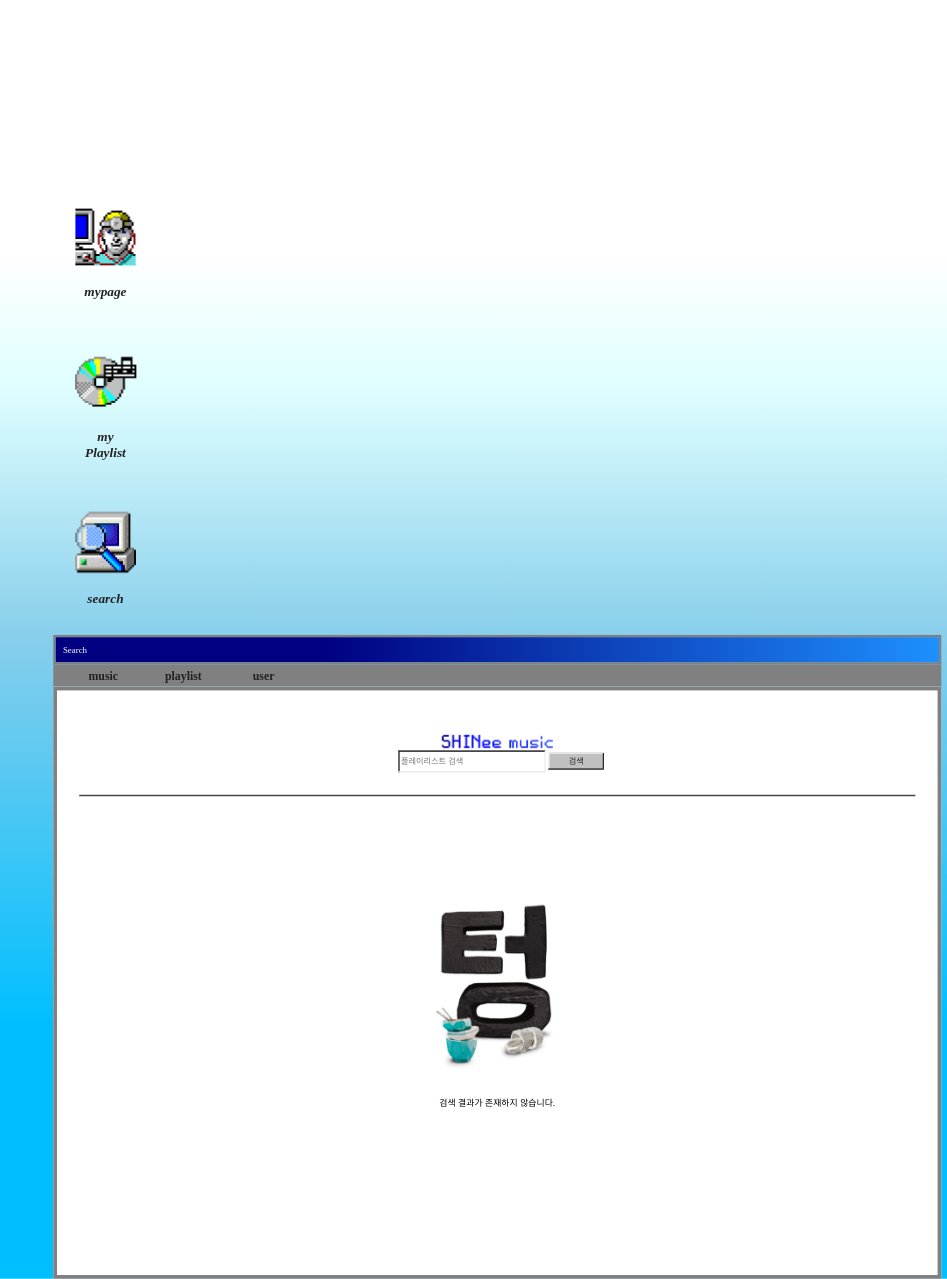
Repository: im2ho/SHINee_say
Page: http://localhost/MAIN/playlist_search.jsp
An editor plug-in stored every save of this project. The page is shown before and after the next save, followed by the edit.
The browser window is 1280 px wide. The pictures show the whole page, at 74% of full size.
Some web fonts or font styles are not loaded; a fallback is used. The page is served by Tomcat 9. Nobody is signed in. The application's start-up code is not run. Other server files are loaded and not shown.

Above is the page before, as saved 2023-11-19 14:17:36.

### BACK/MAIN/src/main/webapp/playlist_search.jsp
<%@ page language="java" contentType="text/html; charset=UTF-8" pageEncoding="UTF-8"%>

<%
    request.setCharacterEncoding("UTF-8");
%>

<%@ page import = "java.util.ArrayList" %>
<%@ page import = "shinee.dao.SearchDAO" %>
<%@ page import = "shinee.vo.Music_info_VO" %>
<%@ page import = "shinee.vo.Playlist_info_VO" %>
<!DOCTYPE html>
<html>
    <head>
    	<meta charset="UTF-8">
        <title>SHINee Music</title>
        <link rel="stylesheet" type="text/css" href="css/search.css">
        <link rel="stylesheet" type="text/css" href="css/all.css">
        <style>
        	#info_box1{
        		background-color:white;
        		margin-top:10px;
        		padding-right: 20px;
        		width:200px;
        		height: 22px;
        		border: 2px inset lightgray;
        	}
        	#info_box{
        		background-color:white;
        		margin-top:15px;
        		padding-right: 20px;
        		width:200px;
        		height: 22px;
        		border: 2px inset lightgray;
        	}
        </style>
    </head>
    <body>
        <div class="container" style="margin-top:30px;">
            <aside>
	                <button id="gotoMyPageButton" style="margin-top: 250px;">
	                    <img src="img/mypage.png" style="width:85px; padding:0;" alt="myPage Icon">
	                    <p><strong>mypage</strong></p>
	                </button>
	                <button id="gotoMyPlaylistButton" style="margin-top: 50px;">
	                    <img src="img/lookaround.png" style="width:85px; padding:0;" alt="lookaround Icon">
	                    <p><strong>my<br>Playlist</strong></p>
	                </button>
	                <button id="gotoSearchButton" style="margin-top: 50px;">
	                    <img src="img/pixel_search.png" style="width:85px; padding:0;" alt="Search Icon">
	                    <p><strong>search</strong></p>
	                </button>
            </aside>
            <section>
                <div class="bluetop" style="margin-top:20px; width:1200px;">
                    <p style="margin-top:5px">Search</p>
                </div>
                <!-- 여기서부터 검색창 페이지 변경 -->
                <!-- 검색 카테고리 선택 버튼 -->
                <div style="width:1200px; height:30px; background-color: gray;">
                    <button id="music_searchButton"><strong>music</strong></button>
                    <button id="playlist_searchButton"><strong>playlist</strong></button>
                    <button id="user_searchButton"><strong>user</strong></button>
                </div>
                <article>
                    <div style="margin-top: 60px; text-align: center;">
                        <img src="img/샤이니로고.png" alt="샤이니뮤직로고" style="width:150px;">

                       	<form method="post" name="search" action="playlist_search.jsp">
			                <input type="text"
			                    placeholder="플레이리스트 검색" id= "searchText" name="searchText" maxlength="100">
			                <button type="submit">검색</button>
	                  	</form>

                        <div class="division-line"></div>

                        <!--검색결과 올라가는 곳-->

                        <%
	                        SearchDAO searchDAO = new SearchDAO();
	                        ArrayList<Playlist_info_VO> playlistList = searchDAO.getSearchPlaylist(request.getParameter("searchText"));

	                        //검색결과 없을경우 보일 창
	                        if(playlistList.size() == 0){
                        %>
								<img src="img/텅.png" style="margin-top:100px; width:250px;">
								<p>검색 결과가 존재하지 않습니다.</p>
						<%
							}

							for(Playlist_info_VO p : playlistList) {
						%>
								<div class="window" style="width: 500px; height:150px; margin-left: 350px; margin-bottom: 10px;">
									<div class="title-bar">
										<div class="title-bar-text">
											playlist_info
										</div>
										<div class="title-bar-controls">
											<button aria-label="Minimize"></button>
											<button aria-label="Maximize"></button>
											<button aria-label="Close"></button>
										</div>
									</div>
									<div style="float: left; margin-left: 15px; width:100px; height: 100px; margin-top: 10px; background-color: white; box-shadow:inset;">
										<img src="<%=p.getImage()%>" style="height: 100px;">
									</div>
									<div style="float:right; width: 50%; text-align: left;">
										<div id="info_box1"><p style="margin-top:0px; margin-left:2px;">제목 : <%=p.getPlaylist_name()%></p></div>
										<div id="info_box"><p style="margin-top:3px; margin-left:2px;"> User : <%=p.getUser_id()%></p></div>
										<!-- 자세히 보기 버튼 누르면 해당 사용자의 플레이리스트 구경 가능 -->
										<form action="playListDetail.jsp">
											<input type="hidden" name="playlistId" value="<%=p.getPlaylist_id()%>">
											<button type="submit" style="margin-top: 20px;">자세히 보기</button>
										</form>
										<!-- add to mine 버튼 누르면 나의 플레이리스트에 추가 가능 (기능 구현 예정) -->
										<!-- <button style="margin-left: 10px;">add to mine</button> -->
									</div>
	                    		</div><!-- window -->
						<%
							} //for(Playlist_info_VO p : playlistList)
						%>
                    </div>
                </article>
            </section>
        </div><!--container-->
        <script>

			//검색버튼 누르면 검색 창으로 이동 (기본 음악검색)
			document.getElementById("gotoSearchButton").addEventListener("click",()=>{
				window.location.href = "music_search.jsp";
			});

			//마이페이지 버튼 누르면 이동
			document.getElementById("gotoMyPageButton").addEventListener("click",()=>{
				window.location.href = "MyPage.jsp";
			});

			//마이플레이리스트 버튼
			document.getElementById("gotoMyPlaylistButton").addEventListener("click",()=>{
				window.location.href = "MyPlaylist.jsp";
			});

			//검색 카테고리 이동 버튼
			document.getElementById("music_searchButton").addEventListener("click",()=>{
				window.location.href = "music_search.jsp";
			});

			document.getElementById("playlist_searchButton").addEventListener("click",()=>{
				window.location.href = "playlist_search.jsp";
			});

			document.getElementById("user_searchButton").addEventListener("click",()=>{
				window.location.href = "user_search.jsp";
			});
        </script>
    </body>
</html>

### BACK/MAIN/src/main/java/shinee/dao/SearchDAO.java
package shinee.dao;

import java.sql.Blob;
import java.sql.Connection;
import java.sql.DriverManager;
import java.sql.PreparedStatement;
import java.sql.ResultSet;
import java.sql.SQLException;
import java.util.ArrayList;

import shinee.vo.Music_info_VO;
import shinee.vo.Playlist_info_VO;
import shinee.vo.User_info_VO;

	//모든 검색창 기능 담당하는 클래스
	public class SearchDAO {

		private static final String jdbcURL = "jdbc:oracle:thin:@localhost:1521:xe";
		private static final String jbdcUsername = "shinee";
		private static final String jdbcPassword = "shinee";

		Connection connection = null;

		//노래검색 메서드
		public ArrayList<Music_info_VO> getSearchMusics(String searchText){

			String searchSQL = null;

			Connection connection = null;
			PreparedStatement searchState = null;
			ResultSet resultSet = null;

			//2. 배열 만들러왓습니다 총총
			ArrayList<Music_info_VO> musicList = new ArrayList<>();

			try {

				if(searchText != null && !searchText.equals("") ){
					searchSQL = "SELECT song_id, song_name, artist_name FROM music_info WHERE song_name LIKE ? OR artist_name LIKE ?";
	            } else if(searchText == null || searchText.equals("")) {
	            	return musicList;
	            }

				Class.forName("oracle.jdbc.OracleDriver");
				connection = DriverManager.getConnection(jdbcURL, jbdcUsername, jdbcPassword);

				searchState = connection.prepareStatement(searchSQL);

				searchState.setString(1,"%"+searchText+"%");
				searchState.setString(2,"%"+searchText+"%");

				resultSet = searchState.executeQuery();

				while(resultSet.next()) {

					Music_info_VO music_info = new Music_info_VO();

					music_info.setSong_id(resultSet.getString("song_id"));
					music_info.setSong_name(resultSet.getString("song_name"));
					music_info.setArtist_name(resultSet.getString("artist_name"));

					//1. 배열에 객체 담고싶은디 일단 배열 만들고올게용
					//3. 만들고왓습니다 담아줄게요
					musicList.add(music_info);
				}

			} catch (ClassNotFoundException e) {
				// TODO Auto-generated catch block
				e.printStackTrace();
			} catch (SQLException e) {
				// TODO Auto-generated catch block
				e.printStackTrace();
			}

			return musicList;

		}

		//플리검색 메서드
		public ArrayList<Playlist_info_VO> getSearchPlaylist(String searchText){

			String searchSQL = null;

			Connection connection = null;
			PreparedStatement searchState = null;
			ResultSet resultSet = null;

			//2. 배열 만들러왓습니다 총총
			ArrayList<Playlist_info_VO> playlistList = new ArrayList<>();

			try {

				if(searchText != null && !searchText.equals("") ){
					searchSQL = "SELECT playlist_id, user_id, playlist_name, image FROM playlist_info WHERE playlist_name LIKE ?";
	            } else if(searchText == null || searchText.equals("")) {
	            	return playlistList;
	            }

				Class.forName("oracle.jdbc.OracleDriver");
				connection = DriverManager.getConnection(jdbcURL, jbdcUsername, jdbcPassword);

				searchState = connection.prepareStatement(searchSQL);

				searchState.setString(1,"%"+searchText+"%");
				resultSet = searchState.executeQuery();

				while(resultSet.next()) {

					Playlist_info_VO playlist_info = new Playlist_info_VO();

					playlist_info.setPlaylist_id(resultSet.getInt("playlist_id"));
					playlist_info.setUser_id(resultSet.getString("user_id"));
					playlist_info.setPlaylist_name(resultSet.getString("playlist_name"));

					//이미지 가져오기
					Blob blob = resultSet.getBlob("image");
					byte[] imageData = blob.getBytes(1, (int) blob.length());
					String imageBase64 = java.util.Base64.getEncoder().encodeToString(imageData);
					String playlist_image = "data:[embedded picture, 24 characters]" + imageBase64;

					playlist_info.setImage(playlist_image);

					//1. 배열에 객체 담고싶은디 일단 배열 만들고올게용
					//3. 만들고왓습니다 담아줄게요
					playlistList.add(playlist_info);
				}

			} catch (ClassNotFoundException e) {
				// TODO Auto-generated catch block
				e.printStackTrace();
			} catch (SQLException e) {
				// TODO Auto-generated catch block
				e.printStackTrace();
			}

			return playlistList;

		}

		//유저검색 메서드
		public ArrayList<User_info_VO> getSearchUsers(String searchText){

			String searchSQL = null;

			Connection connection = null;
			PreparedStatement searchState = null;
			ResultSet resultSet = null;

			//2. 배열 만들러왓습니다 총총
			ArrayList<User_info_VO> userList = new ArrayList<>();

			try {
				/*
				if(searchText != null && !searchText.equals("")){
					searchSQL = "SELECT user_id, user_nickname, profile_img FROM user_info WHERE user_id LIKE ? OR user_nickname LIKE ?";
	            } else if(searchText == null || searchText.equals("")) {
	            	return userList;
	            }*/

				searchSQL = "SELECT user_id, user_nickname, profile_img FROM user_info WHERE user_id LIKE ? OR user_nickname LIKE ?";

				Class.forName("oracle.jdbc.OracleDriver");
				connection = DriverManager.getConnection(jdbcURL, jbdcUsername, jdbcPassword);

				searchState = connection.prepareStatement(searchSQL);

				searchState.setString(1,"%"+searchText+"%");
				searchState.setString(2,"%"+searchText+"%");

				resultSet = searchState.executeQuery();


				while(resultSet.next()) {

					User_info_VO user_info = new User_info_VO();

					user_info.setUser_id(resultSet.getString("user_id"));
					user_info.setUser_nickname(resultSet.getString("user_nickname"));

					Blob blob = resultSet.getBlob("profile_img");

					byte[] imageData = blob.getBytes(1, (int) blob.length());
					String imageBase64 = java.util.Base64.getEncoder().encodeToString(imageData);
					String profile_image = "data:[embedded picture, 24 characters]" + imageBase64;

					user_info.setProfile_img(profile_image);

					//1. 배열에 객체 담고싶은디 일단 배열 만들고올게용
					//3. 만들고왓습니다 담아줄게요
					userList.add(user_info);
				}

			} catch (ClassNotFoundException e) {
				// TODO Auto-generated catch block
				e.printStackTrace();
			} catch (SQLException e) {
				// TODO Auto-generated catch block
				e.printStackTrace();
			}

			return userList;

		}

		//music_id뽑는 메서드
		public String getMusic_id(String searchText){

			String searchSQL = null;

			Connection connection = null;
			PreparedStatement searchState = null;
			ResultSet resultSet = null;

			try {

				if(searchText != null && !searchText.equals("") ){
					searchSQL = "SELECT song_id FROM music_info WHERE song_id =?";
	            } else if(searchText == null || searchText.equals("")) {
	            	return null;
	            }

				Class.forName("oracle.jdbc.OracleDriver");
				connection = DriverManager.getConnection(jdbcURL, jbdcUsername, jdbcPassword);

				searchState = connection.prepareStatement(searchSQL);

				searchState.setString(1,searchText);

				resultSet = searchState.executeQuery();

				if(resultSet.next()) {

					String song_id = resultSet.getString("song_id");

					return song_id;
				}

			} catch (ClassNotFoundException e) {
				// TODO Auto-generated catch block
				e.printStackTrace();
			} catch (SQLException e) {
				// TODO Auto-generated catch block
				e.printStackTrace();
			}

			return null;

		}

	}

### BACK/MAIN/src/main/webapp/css/search.css
@charset "UTF-8";
@font-face {
    font-family: 'Ramche';
    src: url('https://cdn.jsdelivr.net/gh/projectnoonnu/noonfonts_2307-1@1.1/Ramche.woff2') format('woff2');
    font-weight: normal;
    font-style: normal;
}
@font-face {
    font-family: 'dalmoori';
    src: url('https://cdn.jsdelivr.net/gh/projectnoonnu/noonfonts_2102-01@1.0/dalmoori.woff') format('woff');
    font-weight: normal;
    font-style: normal;
}
*{
    box-sizing: border-box;
}
body {
    background: linear-gradient(white 20%,lightCyan 30%, skyBlue 50%, deepSkyBlue 80% ) ;
    height: 1080px;
}
.container{
    max-width: 1500px;
    margin-top: 50px;
}
aside{
    text-align: center;
    width: 10%;
    float:left;
}
aside button{
    background: none;
    border: 0;
    outline: none;
    box-shadow: none;
    margin-left: 80px;
    font-family: 'Ramche';
    font-size: large;
    font-style: italic;
}
button:focus{
    border: none !important;
    outline:0 !important;
}
section{
    float:right;
}
.bluetop {
    background: linear-gradient(to right,navy 30%, dodgerblue ) ;
    color: white;
    height: 40px;
    display: flex;
    padding-left: 10px;
    padding-top: 5px;
    border-style: solid;
    border-color: gray;
    font-family: 'Ramche';
}
article{
    overflow: scroll;
    margin-top: 0;
    background-color: white;
    border-style: solid;
    border-color: gray;
    border-width: 5px;
    width:100%;
    height: 800px;
}
article h3{
    font-family: 'Ramche';
}
::-webkit-scrollbar{
    width:16px
}
::-webkit-scrollbar:horizontal{
    height:17px
}
::-webkit-scrollbar-corner{
    background:#dfdfdf
}
::-webkit-scrollbar-track{
    background-image:url("data:[embedded picture, 302 characters]")
}
::-webkit-scrollbar-thumb{
    background-color:#dfdfdf;
    box-shadow:inset -1px -1px #0a0a0a,inset 1px 1px #fff,inset -2px -2px grey,inset 2px 2px #dfdfdf
}
::-webkit-scrollbar-button:horizontal:end:increment,::-webkit-scrollbar-button:horizontal:start:decrement,::-webkit-scrollbar-button:vertical:end:increment,::-webkit-scrollbar-button:vertical:start:decrement{
    display:block
}
::-webkit-scrollbar-button:vertical:start{
    background-image:url("data:[embedded picture, 638 characters]");
    height:17px
}::-webkit-scrollbar-button:vertical:end{background-image:url(
    "data:[embedded picture, 638 characters]");
    height:17px
}
::-webkit-scrollbar-button:horizontal:start{
    background-image:url("data:[embedded picture, 637 characters]");
    width:16px
}
::-webkit-scrollbar-button:horizontal:end{
    background-image:url("data:[embedded picture, 638 characters]");
    width:16px
}

#music_searchButton, #playlist_searchButton, #user_searchButton {
    font-family: 'Ramche';
    font-size:medium ;
    margin-left: 30px ;
    background: none;
    border: 0 ;
    outline: none;
    box-shadow: none;
    height: 38px;
    margin-top: -3px;
    text-align: center;
}
#music_searchButton:hover, #user_searchButton:hover, #playlist_searchButton:hover{
background-color: rgb(109, 109, 109);
}

input{
    border-style: inset;
    height:30px !important;
    width: 200px;
    margin-left: 10px;
}
#searchButton{
    font-size:medium ;
    margin-left: 10px ;
    outline: none ;
    height: 30px;
    text-align: center ;
}
.division-line {
    border-top: 2px solid #444444;
    margin: 30px 30px;
  }

.window{
    background-color:silver;
    box-shadow:inset -1px -1px #0a0a0a,inset 1px 1px #dfdfdf,inset -2px -2px grey,inset 2px 2px #fff;
    padding:3px;
    font-family: 'Ramche';
    margin-left: 350px;
}

Loaded but not shown: BACK/MAIN/src/main/webapp/css/all.css (library)

After the next save:
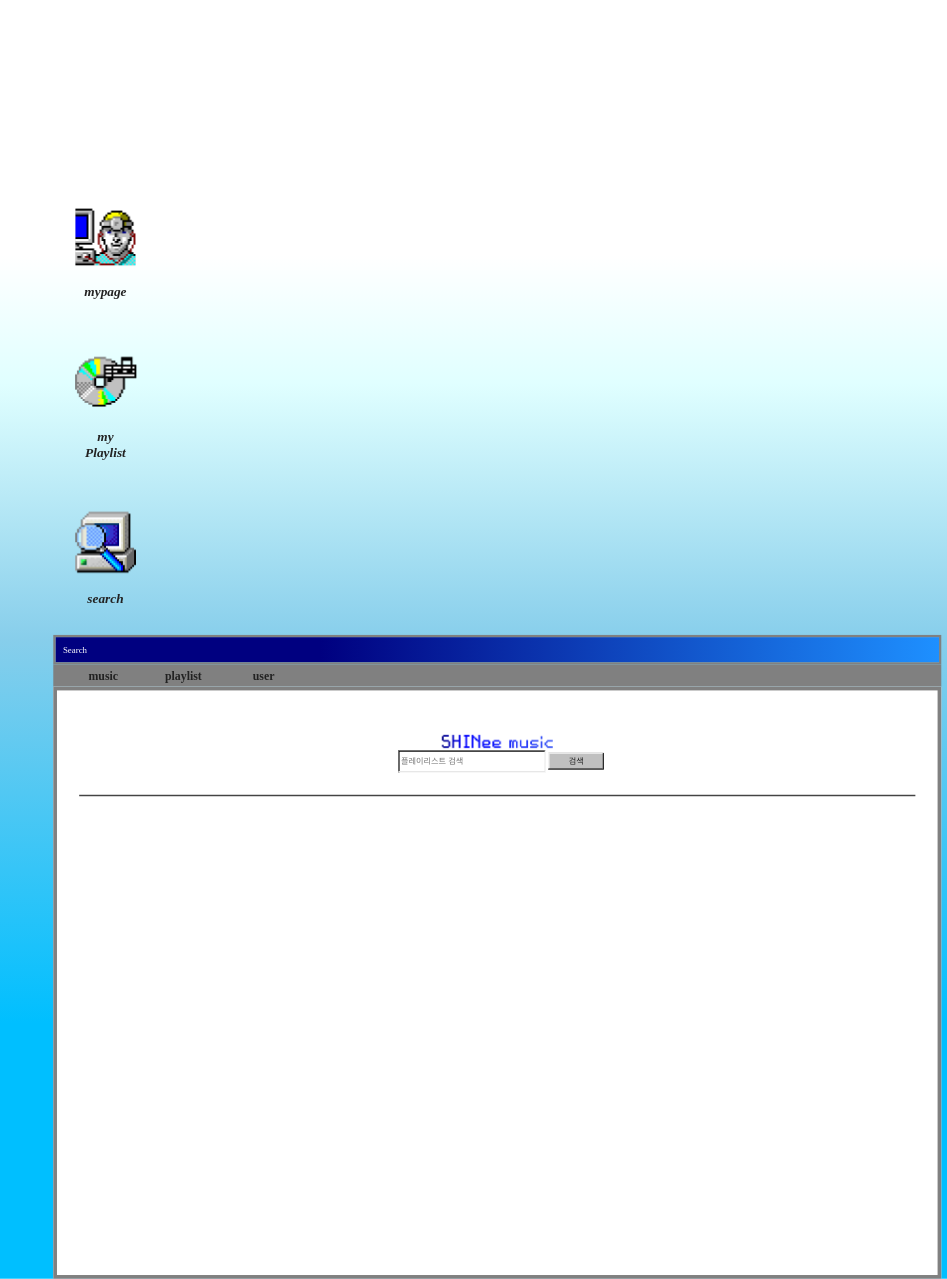
Saved 37 s later.
--- a/BACK/MAIN/src/main/webapp/playlist_search.jsp
+++ b/BACK/MAIN/src/main/webapp/playlist_search.jsp
@@ -73,51 +73,6 @@
 
                         <div class="division-line"></div>
 
-                        <!--검색결과 올라가는 곳-->
-
-                        <%
-	                        SearchDAO searchDAO = new SearchDAO();
-	                        ArrayList<Playlist_info_VO> playlistList = searchDAO.getSearchPlaylist(request.getParameter("searchText"));
-
-	                        //검색결과 없을경우 보일 창
-	                        if(playlistList.size() == 0){
-                        %>
-								<img src="img/텅.png" style="margin-top:100px; width:250px;">
-								<p>검색 결과가 존재하지 않습니다.</p>
-						<%
-							}
-
-							for(Playlist_info_VO p : playlistList) {
-						%>
-								<div class="window" style="width: 500px; height:150px; margin-left: 350px; margin-bottom: 10px;">
-									<div class="title-bar">
-										<div class="title-bar-text">
-											playlist_info
-										</div>
-										<div class="title-bar-controls">
-											<button aria-label="Minimize"></button>
-											<button aria-label="Maximize"></button>
-											<button aria-label="Close"></button>
-										</div>
-									</div>
-									<div style="float: left; margin-left: 15px; width:100px; height: 100px; margin-top: 10px; background-color: white; box-shadow:inset;">
-										<img src="<%=p.getImage()%>" style="height: 100px;">
-									</div>
-									<div style="float:right; width: 50%; text-align: left;">
-										<div id="info_box1"><p style="margin-top:0px; margin-left:2px;">제목 : <%=p.getPlaylist_name()%></p></div>
-										<div id="info_box"><p style="margin-top:3px; margin-left:2px;"> User : <%=p.getUser_id()%></p></div>
-										<!-- 자세히 보기 버튼 누르면 해당 사용자의 플레이리스트 구경 가능 -->
-										<form action="playListDetail.jsp">
-											<input type="hidden" name="playlistId" value="<%=p.getPlaylist_id()%>">
-											<button type="submit" style="margin-top: 20px;">자세히 보기</button>
-										</form>
-										<!-- add to mine 버튼 누르면 나의 플레이리스트에 추가 가능 (기능 구현 예정) -->
-										<!-- <button style="margin-left: 10px;">add to mine</button> -->
-									</div>
-	                    		</div><!-- window -->
-						<%
-							} //for(Playlist_info_VO p : playlistList)
-						%>
                     </div>
                 </article>
             </section>
